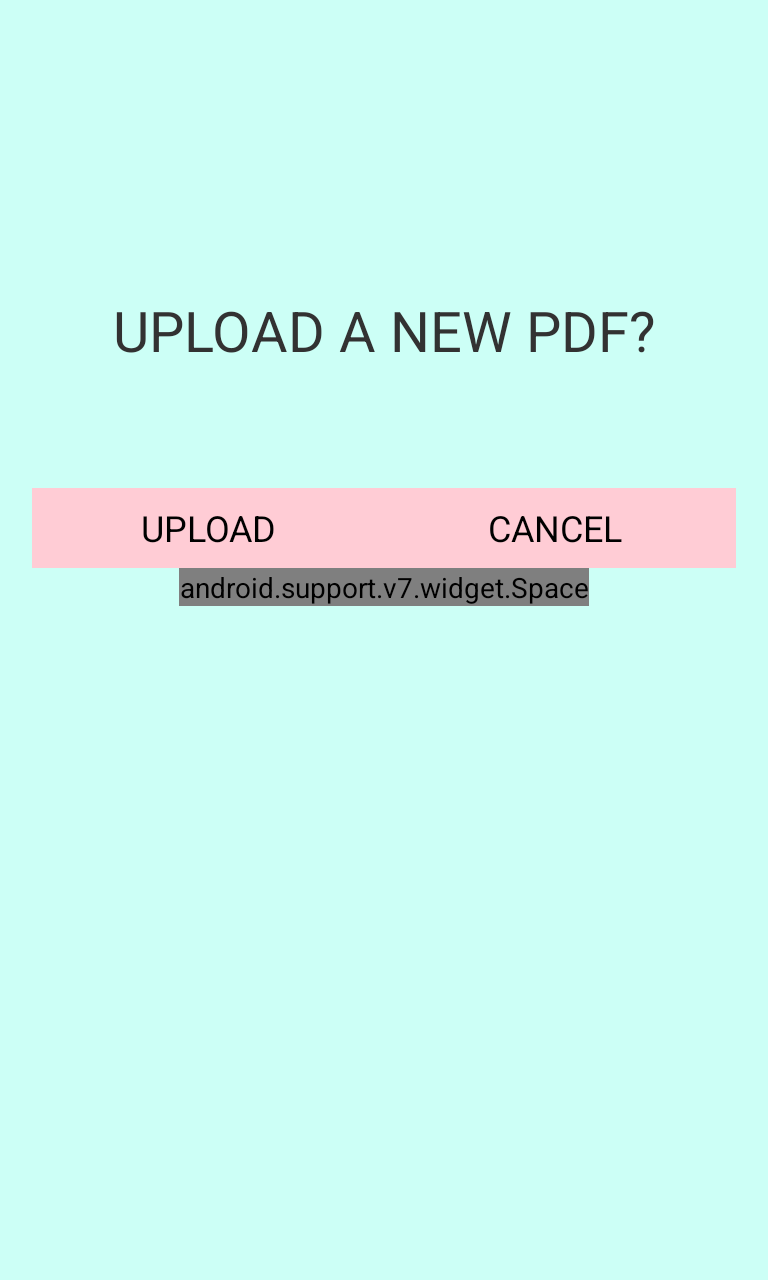
Repository: nick11roberts/Moka-Scanr
Layout: Document Uploader/res/layout/activity_preview.xml
These files come from the project's save history. The layout is drawn as it stood at one moment and after the next save; the edit follows.
Pictures or frames that could not be fetched are drawn as grey boxes. It is drawn on a 768 x 1280 px phone screen (xhdpi) without system bars, with theme android:Theme.Holo.Light.NoActionBar; the app's code is not run. The app's manifest (not shown) leaves right-to-left support off. So textAlignment, textDirection and layoutDirection are ignored, and left and right values win over start and end ones.

Above is the layout before, as saved 2014-05-31 00:42:32.

### Document Uploader/res/layout/activity_preview.xml
<LinearLayout xmlns:android="http://schemas.android.com/apk/res/android"
    xmlns:tools="http://schemas.android.com/tools"
    android:layout_width="match_parent"
    android:layout_height="match_parent"
    android:background="@color/bg_color"
    android:baselineAligned="true"
    android:gravity="center_horizontal"
    android:orientation="vertical"
    android:paddingBottom="@dimen/activity_vertical_margin"
    android:paddingLeft="@dimen/activity_horizontal_margin"
    android:paddingRight="@dimen/activity_horizontal_margin"
    android:paddingTop="@dimen/activity_vertical_margin"
    tools:context=".MainActivity" >

    <TextView
        android:layout_width="wrap_content"
        android:layout_height="wrap_content"
        android:paddingBottom="60dp"
        android:paddingTop="130dp"
        android:text="@string/main_heading"
        android:textAlignment="center"
        android:textAllCaps="true"
        android:textSize="28sp" />

    <TableRow
        android:id="@+id/tableRow1"
        android:layout_width="fill_parent"
        android:layout_height="wrap_content"
        android:shrinkColumns="*"
		android:stretchColumns="*"  >

        <Button
            android:id="@+id/uploadButton"
            android:layout_width="120dp"
            android:layout_height="40dp"
            android:background="@color/button_color"
            android:gravity="center_vertical|center_horizontal"
            android:paddingLeft="5dp"
            android:paddingRight="5dp"
            android:text="@string/preview_button_upload"
            android:textAlignment="center"
            android:layout_weight=".25" />

        <Button
            android:id="@+id/cancelButton"
            android:layout_width="120dp"
            android:layout_height="40dp"
            android:background="@color/button_color"
            android:paddingRight="5dp"
            android:text="@string/preview_button_cancel"
            android:textAlignment="center"
            android:layout_weight=".25" />
    </TableRow>

    <android.support.v7.widget.Space
        android:id="@+id/space1"
        android:layout_width="wrap_content"
        android:layout_height="wrap_content" />

</LinearLayout>

### Document Uploader/res/values/colors.xml
<?xml version="1.0" encoding="utf-8"?>
<resources>
   <color name="button_color">#FFCCD5</color>
   <color name="bg_color">#CCFFF6</color>
   <color name="border_color">#000000</color>
</resources>

### Document Uploader/res/values/strings.xml
<?xml version="1.0" encoding="utf-8"?>
<resources>

    <string name="app_name">PDF-Drive</string>
    <string name="action_settings">Settings</string>

    <!-- MAIN ACTIVITY -->
    <string name="main_heading">Upload a new PDF?</string>
    <string name="main_button_upload">BEGIN</string>

    <!-- OPTIONS ACTIVITY -->
    <string name="options_heading">Upload options</string>
    <string name="options_pages">Number of pages?</string>
    <string name="options_title">Title?</string>
    <string name="options_folder">Folder? (optional)</string>
    <string name="options_button_go">CONTINUE</string>

    <!-- PREVIEW ACTIVITY -->
    <string name="preview_heading">Upload this document to Google Drive?</string>
    <string name="preview_button_upload">UPLOAD</string>
    <string name="preview_button_cancel">CANCEL</string>

</resources>

Loaded but not shown: Document Uploader/res/values/dimens.xml (common file); Document Uploader/res/values-w820dp/dimens.xml (common file)

After the next save:
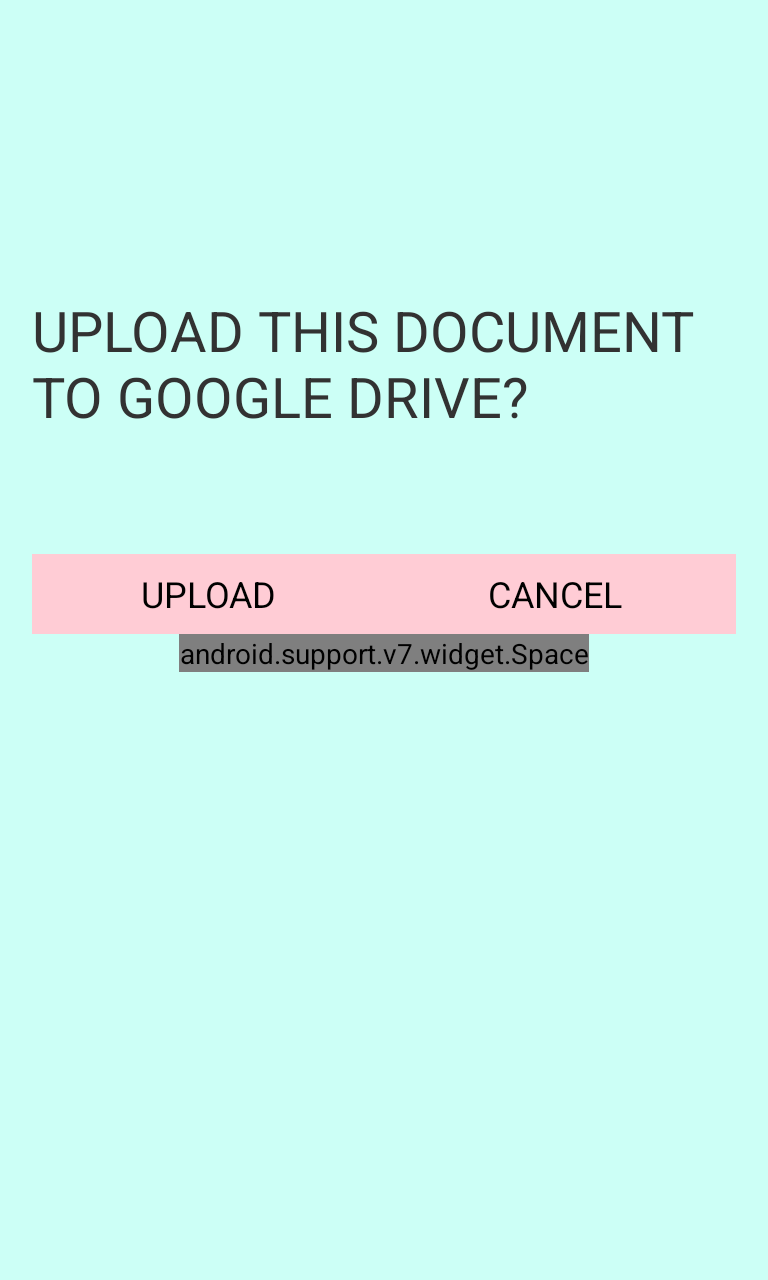
Saved 13 s later.
--- a/Document Uploader/res/layout/activity_preview.xml
+++ b/Document Uploader/res/layout/activity_preview.xml
@@ -17,7 +17,7 @@
         android:layout_height="wrap_content"
         android:paddingBottom="60dp"
         android:paddingTop="130dp"
-        android:text="@string/main_heading"
+        android:text="@string/preview_heading"
         android:textAlignment="center"
         android:textAllCaps="true"
         android:textSize="28sp" />
@@ -45,11 +45,12 @@
             android:id="@+id/cancelButton"
             android:layout_width="120dp"
             android:layout_height="40dp"
+            android:layout_weight=".25"
             android:background="@color/button_color"
             android:paddingRight="5dp"
             android:text="@string/preview_button_cancel"
-            android:textAlignment="center"
-            android:layout_weight=".25" />
+            android:textAlignment="center" />
+
     </TableRow>
 
     <android.support.v7.widget.Space
